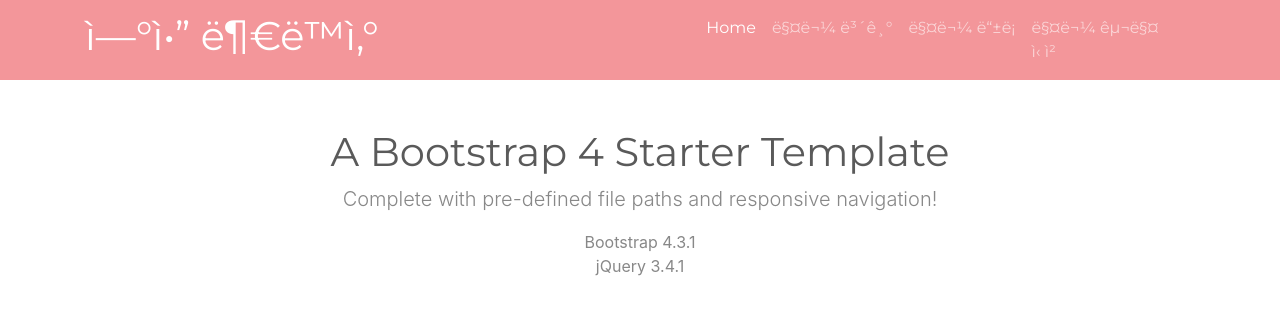
Repository: Leekm0912/2-1_JSP-DB_Project
Page: http://localhost/WebTest/DB/main.jsp
An editor plug-in stored every save of this project. The page is shown before and after the next save, followed by the edit.
The browser window is 1280 px wide. The pictures show the whole page.
The page is served by Tomcat 9.

Above is the page before, as saved 2020-06-10 03:21:44.

After the next save:
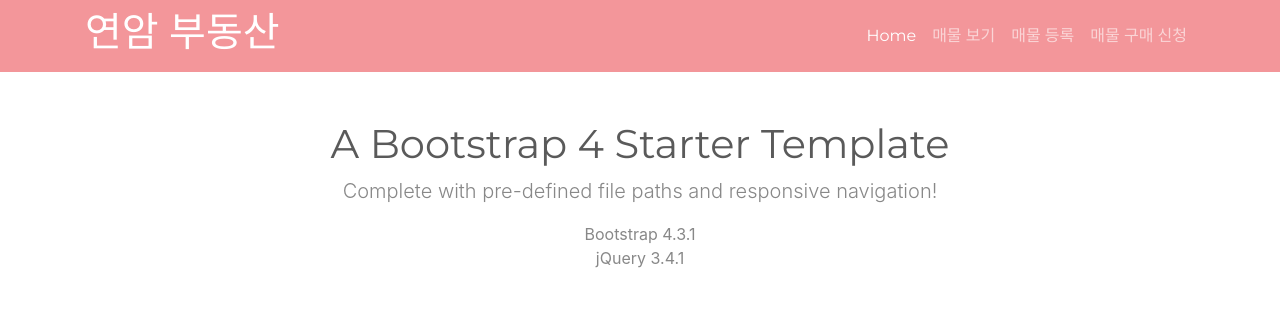
Saved 49 s later.
--- a/WebTest/WebContent/DB/main.jsp
+++ b/WebTest/WebContent/DB/main.jsp
@@ -1,3 +1,4 @@
+<%@ page contentType="text/html; charset=utf-8"%>
 <!DOCTYPE html>
 <html lang="ko">
 
